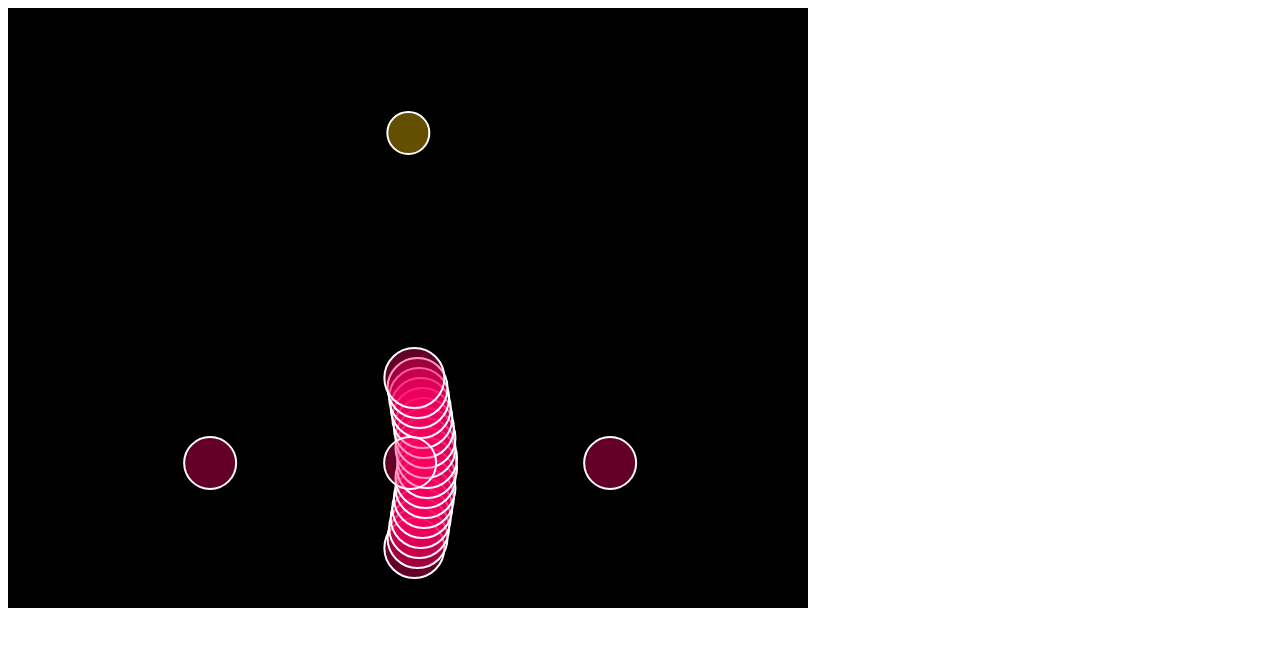
Repository: m0llyc00k/dvia-2
Page: 01_time/clockindex.html
The author's editor kept a record of every edit. The page is drawn from the files as they stood at one moment, then again after the next edit.
The browser window is 1280 px wide. The pictures show the whole page.

Above is the page before.

After the next edit:
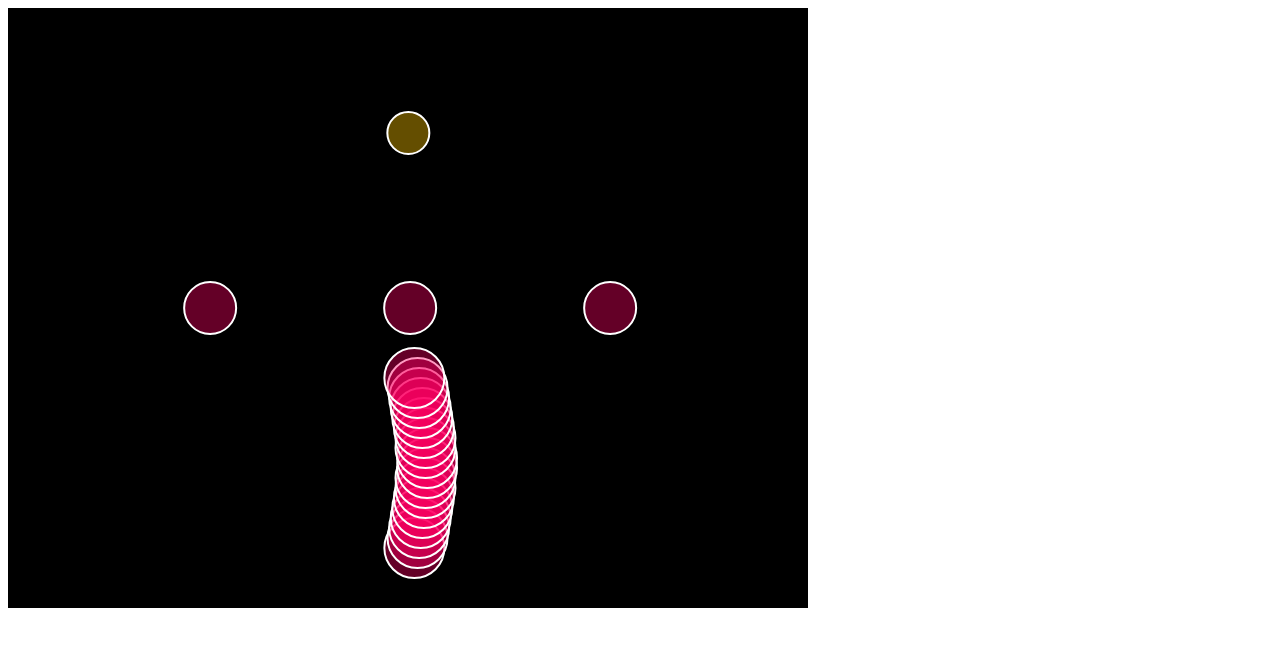
The edit:
--- a/01_time/clock.js
+++ b/01_time/clock.js
@@ -82,9 +82,9 @@
 
 
   function minuteEllipse () {
-  ellipse(400 + sin(xpos) * minute(), 455, second(), second());
-  ellipse(200 + sin(xpos) * minute(), 455, second(), second());
-  ellipse(600 + sin(xpos) * minute(), 455, second(), second());
+  ellipse(400 + sin(xpos) * minute(), 300, second(), second());
+  ellipse(200 + sin(xpos) * minute(), 300, second(), second());
+  ellipse(600 + sin(xpos) * minute(), 300, second(), second());
   fill(255, 200, 0, 100);
   xpos += 0.03;
   }
